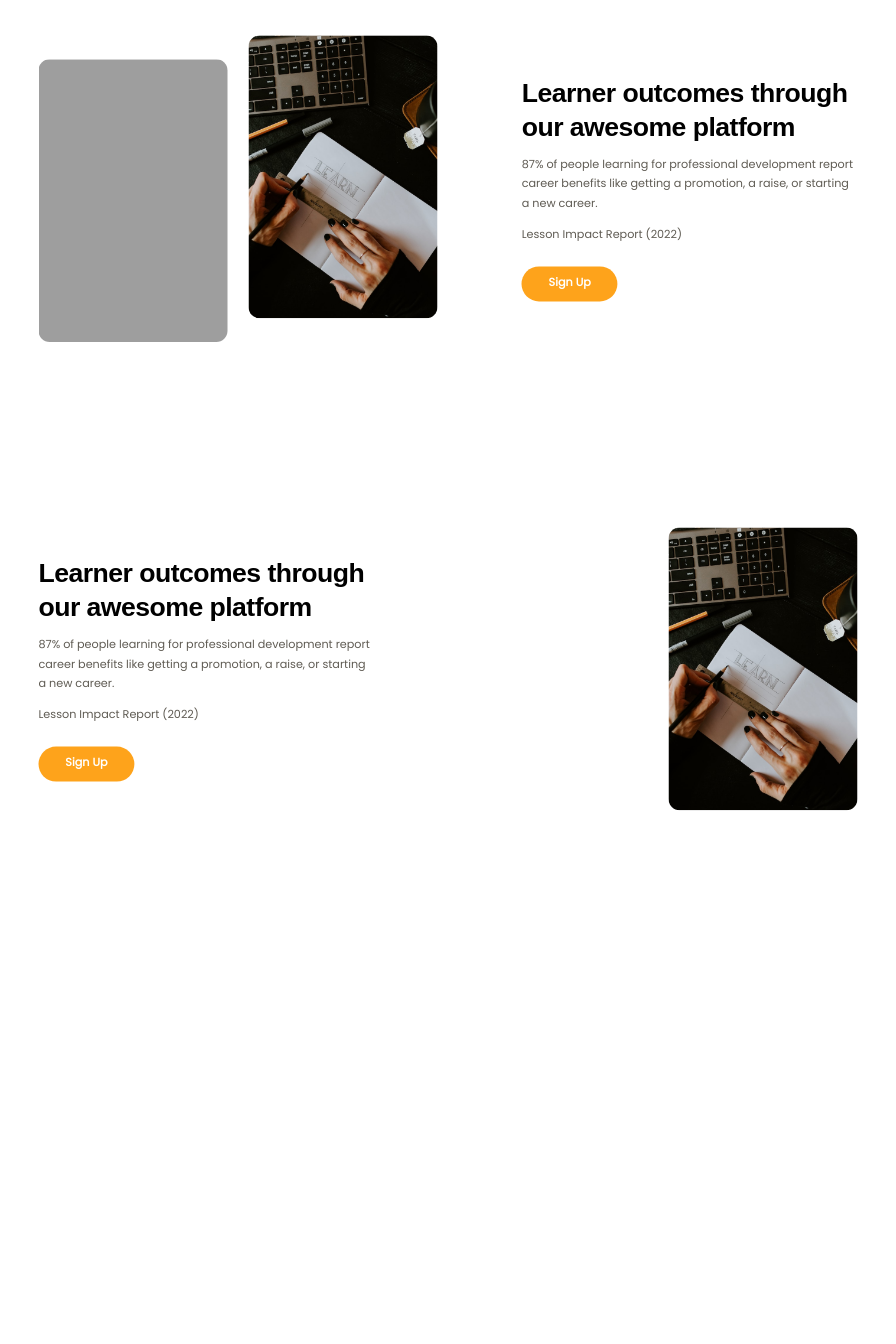
Repository: nguyendonghieu1011-png/figma-to-html1
Page: index.html
The author's editor kept a copy of each file at every save. The page is drawn from the files as they stood at one save, then again after the next save.
The browser window is 1280 px wide. The pictures show the part of the page from y = 2481 to 4401 px (the page is 10000 px tall), at 70% of full size.
Pictures or frames that could not be fetched are drawn as grey boxes. A picture or video elsewhere on the page could not be fetched, so the positions and the page height are approximate. Some web fonts or font styles are not loaded; a fallback is used. Some web libraries are served in a nearby version.

Above is the page before, as saved 2026-01-05 18:51:13.

After the next save:
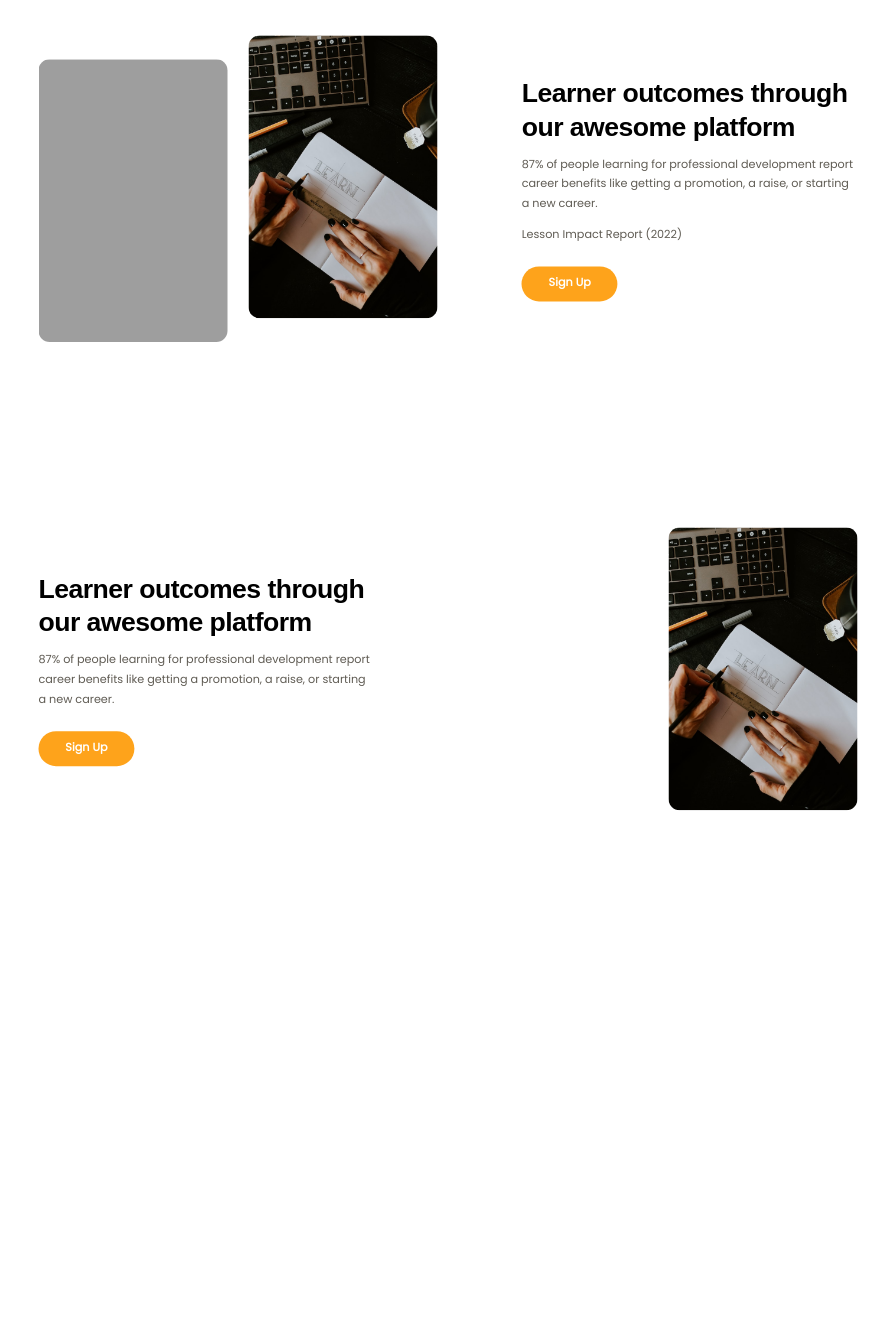
Saved 40 s later.
--- a/index.html
+++ b/index.html
@@ -286,7 +286,6 @@
           <div class="content-text">
             <h2 class="heading-lv2">Learner outcomes through our awesome platform</h2>
             <p class="desc">87% of people learning for professional development report career benefits like getting a promotion, a raise, or starting a new career.</p>
-            <p class="desc">Lesson Impact Report (2022)</p>
             <a class="btn cta-btn" href="#!">Sign Up</a>
           </div>
 
